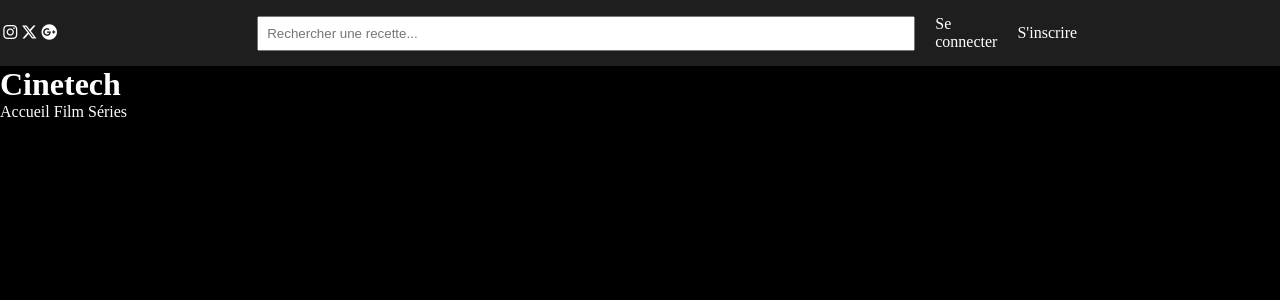
Repository: karim-sebih/cinetech
Page: index.html
The author's editor kept a copy of each file at every save. The page is drawn from the files as they stood at one save, then again after a run of saves.
The browser window is 1280 px wide. The pictures show the whole page.
Some web libraries are served in a nearby version.

Above is the page before, as saved 2025-04-21 13:28:56.

### index.html
<!DOCTYPE html>
<html lang="fr">
<head>
    <meta charset="UTF-8">
    <meta name="viewport" content="width=device-width, initial-scale=1.0">
    <link rel="stylesheet" href="styles/index.css">
    <script src="https://kit.fontawesome.com/ca3234fc7d.js" crossorigin="anonymous"></script>
</script>
    <title>Cinetech</title>
</head>
<body>
    <header>
        <nav class="navbar">
            <div class="buttons">
                <a href="#"><i class="fa-brands fa-instagram"></i></a>

                <a href="#"><i class="fa-brands fa-x-twitter"></i></a>

                <a href="#"><i class="fa-brands fa-google-plus"></i></a>
            </div>
            <div class="search-container">
                <input type="text" id="search-bar" placeholder="Rechercher une recette..." autocomplete="off">
                <button id="clear-search">x</button>
                <div id="suggestions" class="suggestion-box"></div>

                <div class="sign">
                    <a href="#">Se connecter</a>
                    <a href="#">S'inscrire</a>
                </div>
        </nav>
    </header>
    <div class="secondnav">
        <div class="logo">
            <H1>Cinetech</H1>
        </div>
        <div class="nav">
            <a href="/index.html">Accueil</a>

            <a href="./pages/film.html">Film</a>

            <a href="./pages/séries.html">Séries</a>
        </div>
    </div>

</body>

<script src="./js/index.js"></script>


</html>

### styles/index.css
* {
    margin: 0;
    padding: 0;
    box-sizing: border-box;
  }


  a {
    text-decoration: none;
    color: white;
    font-family: "kodchasan";
  }

  body {
    margin: 0;
    width: 100%;
    min-height: 100vh;
    overflow-x: auto;
    background-color: black;
    color: white;
  }

  /* Nav bar */

  a{
    text-decoration: none;
    color: white;
  }

  a:hover{
  color: red;
  }

  header{
  position: relative;
  padding: 0.2rem;
  background-color: rgb(31, 30, 30);
  }

  .navbar {
  width: 100%;
  max-width: 1200px;
  height: 60px;
  margin: 0;
  display: flex;
  align-items: center;
  gap: 200px;

  }



.search-container {
  position: relative;
  width: 70%;
  display: flex;

  align-items: center;
}

#search-bar {
  width: 100%;
  height: 100%;
  padding: 8px;


  padding-right: 30px;
}

#clear-search {
  position: absolute;
  right: 8px;
  background: transparent;
  border: none;
  font-size: 16px;
  cursor: pointer;
  display: none; /* Caché par défaut */
}

.suggestion-box {
  position: absolute;
  width: 100%;
  background: white;

  max-height: 150px;
  overflow-y: auto;
  z-index: 1000;
  top: 35px;
}

.suggestion-item {
  padding: 8px;
  cursor: pointer;
}

.suggestion-item:hover {
  background: #f0f0f0;
}

#clear-search {
  background: none;
  border: none;
  font-size: 20px;
  color: black; /* X en noir */
  cursor: pointer;
  margin-bottom: 12px;
}


.sign{
  display: flex;
  align-items: center;
  height: 100px;
  padding: 20px;
  gap: 20Px;
}

Loaded but not shown: js/index.js (no copy from this time; the picture is the same without it)

After the next 7 saves:
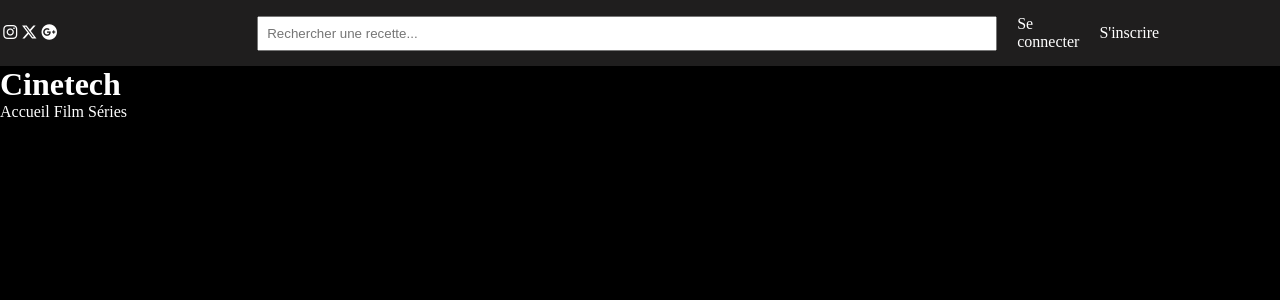
The 7 saves are shown as one change because they came seconds apart.
The last was saved 12 s later.
--- a/styles/index.css
+++ b/styles/index.css
@@ -110,7 +110,7 @@
 .sign{
   display: flex;
   align-items: center;
-  height: 100px;
+  width: 100px;
   padding: 20px;
   gap: 20Px;
 }
